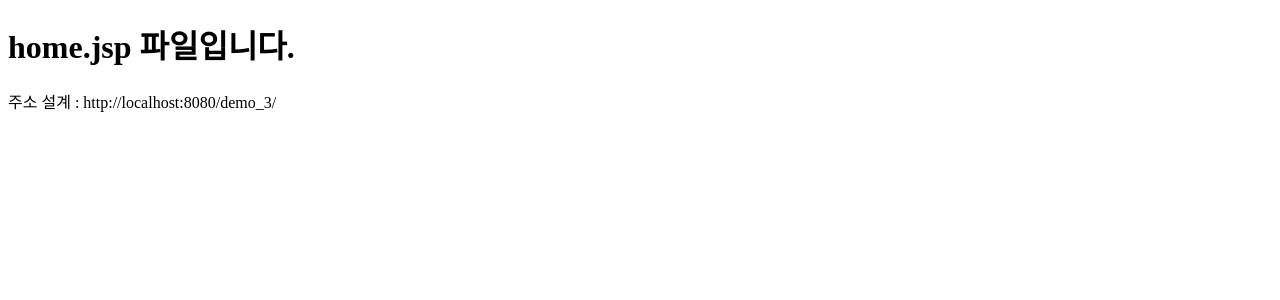
Repository: Greenery367/JSP
Page: http://localhost/demo_3/home.jsp
An editor plug-in stored every save of this project. The page is shown before and after the next save, followed by the edit.
The browser window is 1280 px wide. The pictures show the whole page.
The page is served by Tomcat 10.

Above is the page before, as saved 2024-06-27 06:30:42.

After the next save:
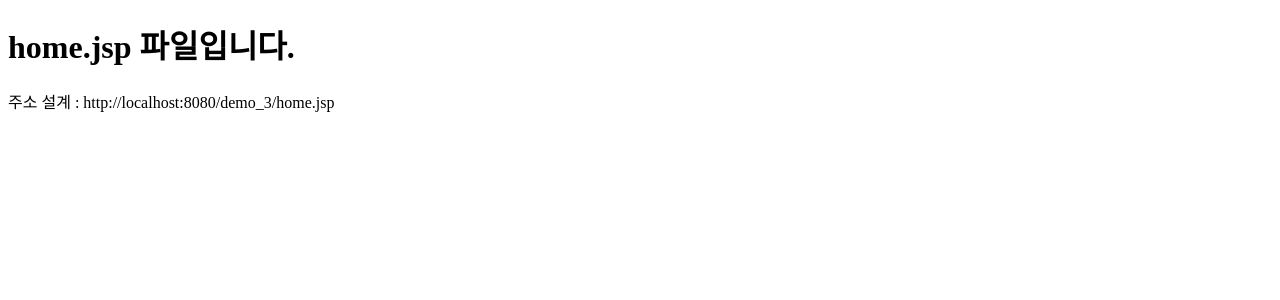
Saved 5 s later.
--- a/demo_3/src/main/webapp/home.jsp
+++ b/demo_3/src/main/webapp/home.jsp
@@ -8,6 +8,6 @@
 </head>
 <body>
 	<h1>home.jsp 파일입니다.</h1>
-	<p>주소 설계 : http://localhost:8080/demo_3/</p>
+	<p>주소 설계 : http://localhost:8080/demo_3/home.jsp</p>
 </body>
 </html>
